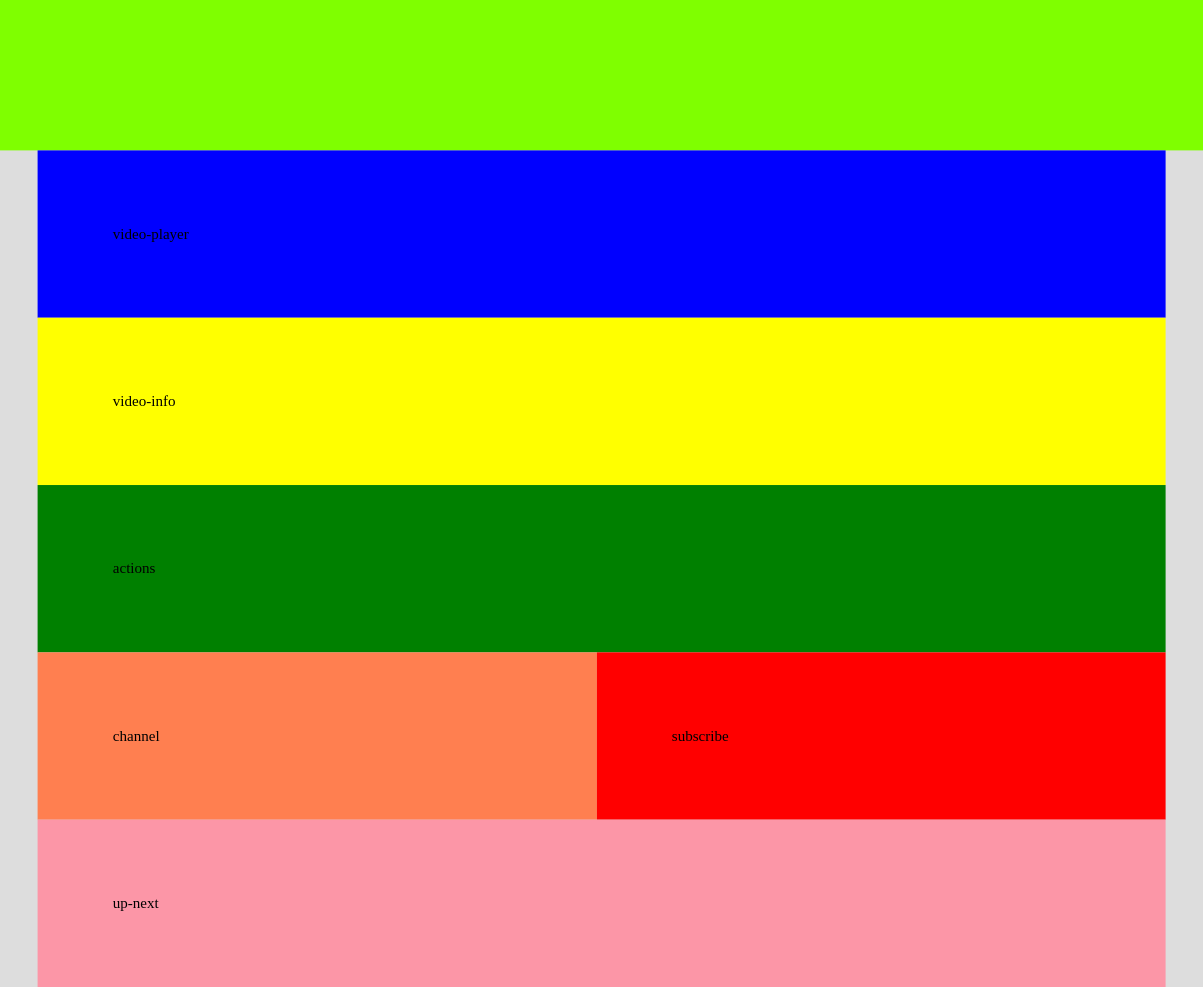
Repository: rafavirginio/clone-do-youtube
Page: index.html
An editor plug-in stored every save of this project. The page is shown before and after the next save, followed by the edit.
The browser window is 1280 px wide. The pictures show the whole page, at 94% of full size.

Above is the page before, as saved 2020-09-28 18:15:50.

After the next save:
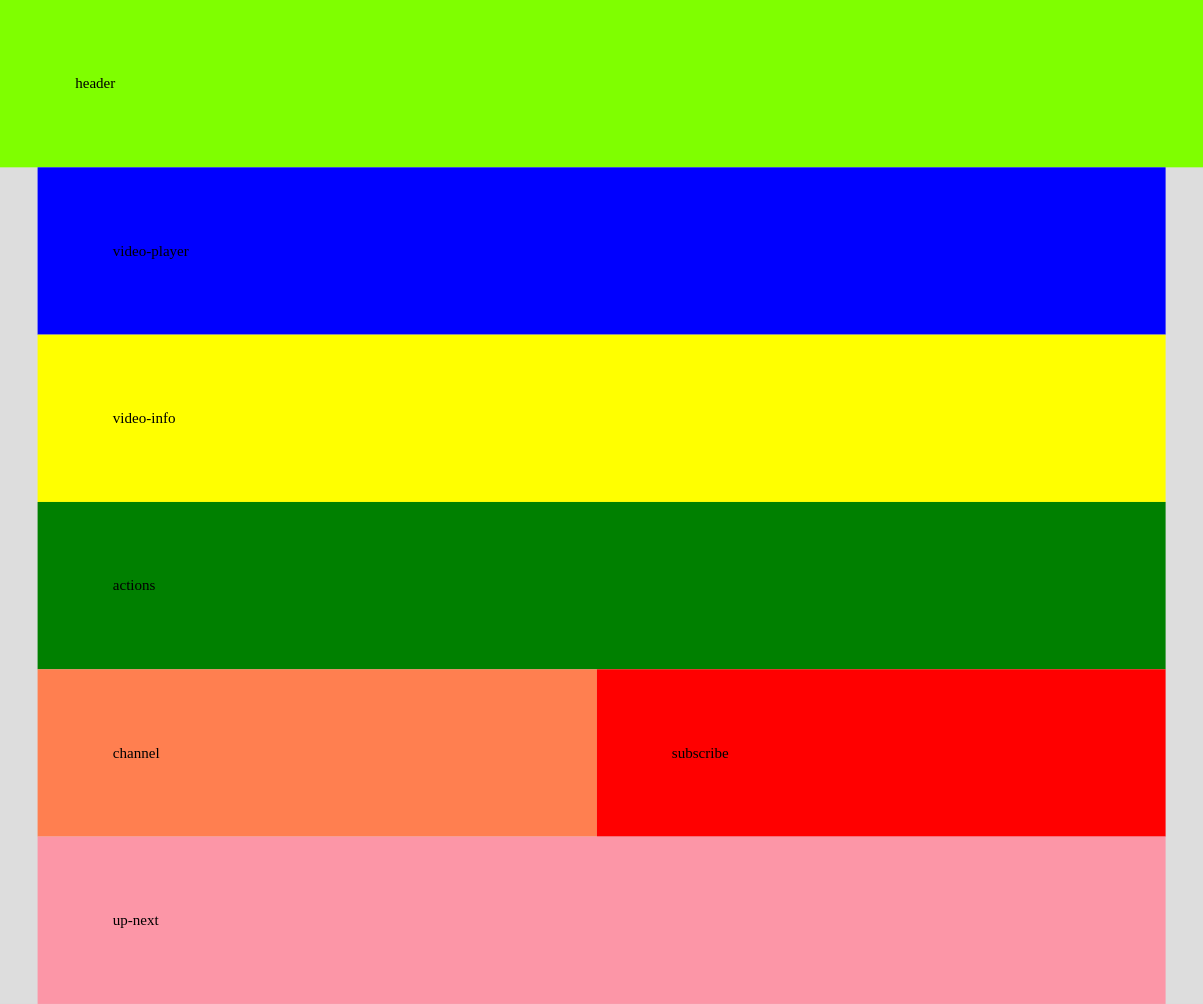
Saved 17 s later.
--- a/index.html
+++ b/index.html
@@ -9,7 +9,7 @@
 </head>
 
 <body>
-    <header></header>
+    <header>header</header>
     <main>
         <section class="video-player">video-player</section>
         <section class="video-info">video-info</section>
